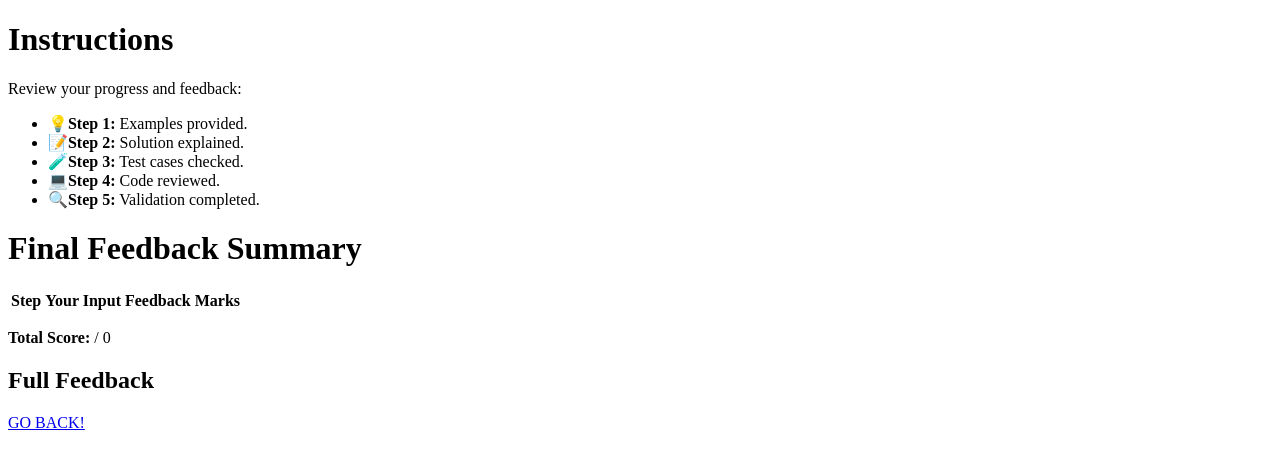
Repository: raushan22882917/Interview_platform
Page: templates/Ai/feedback.html
The author's editor kept a copy of each file at every save. The page is drawn from the files as they stood at one save, then again after a run of saves.
The browser window is 1280 px wide. The pictures show the whole page.
The page is served by the project's application, run on Flask 3 (temp_code.py). The template is opened directly, without the code that normally fills it, so the values that code supplies are empty.

Above is the page before, as saved 2024-12-03 01:44:51.

### Tech_Round/templates/Ai/feedback.html
<!DOCTYPE html>
<html lang="en">
<head>
    <meta charset="UTF-8">
    <meta name="viewport" content="width=device-width, initial-scale=1.0">
    <title>Final Feedback</title>

</head>
<body>

    <div class="container">
        <!-- Sidebar with Instructions -->
        <div class="sidebar">
            <h1>Instructions</h1>
            <p>Review your progress and feedback:</p>
            <ul>
                <li><span class="icon">💡</span><strong>Step 1:</strong> Examples provided.</li>
                <li><span class="icon">📝</span><strong>Step 2:</strong> Solution explained.</li>
                <li><span class="icon">🧪</span><strong>Step 3:</strong> Test cases checked.</li>
                <li><span class="icon">💻</span><strong>Step 4:</strong> Code reviewed.</li>
                <li><span class="icon">🔍</span><strong>Step 5:</strong> Validation completed.</li>
            </ul>
        </div>

        <!-- Main Content Section -->
        <div class="content">
            <h1>Final Feedback Summary</h1>

            <!-- Feedback Table -->
            <table class="feedback-table">
                <thead>
                    <tr>
                        <th>Step</th>
                        <th>Your Input</th>
                        <th>Feedback</th>
                        <th>Marks</th>
                    </tr>
                </thead>
                <tbody>
                    {% for step, data in responses.items() %}
                    <tr>
                        <td>{{ step }}</td>
                        <td>{{ data['input'] }}</td>
                        <td>{% if data['feedback'] | safe %}{{ data['feedback'] | safe }}{% else %}No issues{% endif %}</td>
                        <td>{{ data['score'] }} / 5</td>
                    </tr>
                    {% endfor %}
                </tbody>
            </table>

            <!-- Total Score -->
            <p><strong>Total Score:</strong> {{ total_score }} / {{ 5 * responses|length }}</p>

            <!-- Full Feedback Section -->
            <h2>Full Feedback</h2>
            <ul class="feedback-summary">
                {% for step, data in responses.items() %}
                <li>
                    <h3>{{ step }}</h3>
                    <p class="feedback-text">{{ data['feedback'] if data['feedback'] else "No issues with your input." }}</p>
                </li>
                {% endfor %}
            </ul>

            <!-- Back Button -->
            <a href="{{ url_for('estcv') }}" class="back-btn">GO BACK!</a>
        </div>
    </div>

    <script>
        // Function to convert **word** to bold and add line breaks
        document.addEventListener("DOMContentLoaded", function() {
            const feedbackTextElements = document.querySelectorAll('.feedback-text');

            feedbackTextElements.forEach(element => {
                // Replace **word** with <strong>word</strong> and add line breaks
                let text = element.innerHTML;
                text = text.replace(/\*\*(.*?)\*\*/g, '<strong>$1</strong>');
                text = text.replace(/\n/g, '<br>');
                element.innerHTML = text;
            });
        });
    </script>
</body>
</html>

### Tech_Round/temp_code.py
from flask import Flask, render_template, request, session, redirect
import os
from groq import Groq

app = Flask(__name__)
app.secret_key = os.environ.get("FLASK_SECRET_KEY", "sdfghjuklkjhugfdsfghjk")  # For security, consider using an environment variable

# Initialize the Groq API client
client = Groq(api_key=os.environ.get("GROQ_API_KEY", "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"))  # Get the Groq API key from environment variables

# Define the steps in the E.S.T.C.V process
STEPS = ["Example", "Solution", "Test Cases", "Code", "Validation"]

@app.route('/estcv')
def estcv():
    return render_template('Ai/index.html')

@app.route('/start', methods=['POST'])
def start():
    session.clear()
    session['question'] = request.form['question']
    session['current_step'] = STEPS[0]
    session['responses'] = {}
    session['marks'] = {}  # Store marks for each step
    return redirect(f'/step')

@app.route('/step', methods=['GET', 'POST'])
def step():
    current_step = session.get('current_step', STEPS[0])
    responses = session.get('responses', {})

    if request.method == 'POST':
        user_input = request.form['user_input']
        feedback, score = process_step(current_step, user_input)
        responses[current_step] = {'input': user_input, 'feedback': feedback, 'score': score}

        session['responses'] = responses
        session['marks'][current_step] = score  # Store score for the current step

        # Move to next step
        current_index = STEPS.index(current_step)
        if current_index < len(STEPS) - 1:
            session['current_step'] = STEPS[current_index + 1]
            return redirect(f'/step')
        else:
            total_score = sum(session['marks'].values())  # Calculate total score
            return render_template('Ai/feedback.html', responses=responses, total_score=total_score)

    return render_template('Ai/steps.html', step=current_step, question=session['question'], responses=responses)

def process_step(step, user_input):
    """Process the user input for a specific step and return feedback and score."""
    question = session['question']
    feedback = ""
    score = 0  # Default score

    if step == "Example":
        inputs_outputs = user_input.split("\n")
        if len(inputs_outputs) < 3:
            feedback = "You need to provide at least 3 examples of input-output pairs."
            score = 2  # Lower score for insufficient examples
        else:
            feedback = "Good job providing examples. Ensure they cover diverse scenarios."
            score = 5  # Full score for good examples

    elif step == "Solution":
        prompt = f"Question: {question}\nUser's solution approach: {user_input}\nEvaluate the approach."
        feedback = call_groq_api(prompt)
        score = 4  # Placeholder, adjust based on feedback evaluation

    elif step == "Test Cases":
        test_cases = user_input.split("\n")
        if not test_cases:
            feedback = "Please provide at least one test case."
            score = 1  # Low score for no test cases
        elif "edge" not in user_input.lower():
            feedback = "You missed edge test cases. Consider edge conditions like minimum, maximum, or empty inputs."
            score = 3  # Medium score for missing edge cases
        else:
            feedback = "Test cases are well thought out."
            score = 5  # Full score for good test cases

    elif step == "Code":
        prompt = f"Question: {question}\nCode: {user_input}\nEvaluate the correctness, time complexity, and space complexity."
        feedback = call_groq_api(prompt)
        score = 4  # Placeholder for code quality evaluation

    elif step == "Validation":
        prompt = f"Question: {question}\nValidation of code: {user_input}\nCheck all test cases and analyze time and space complexity."
        feedback = call_groq_api(prompt)
        score = 5  # High score for complete validation

    return feedback, score

def call_groq_api(prompt):
    """Call the Groq API with a given prompt."""
    try:
        response = client.chat.completions.create(
            messages=[
                {"role": "system", "content": "You are a helpful assistant."},
                {"role": "user", "content": prompt}
            ],
            model="llama3-8b-8192",  # You can modify the model if necessary
        )
        return response.choices[0].message.content
    except Exception as e:
        return f"Error while calling Groq API: {e}"

if __name__ == '__main__':
    app.run(debug=True)

After the next 3 saves:
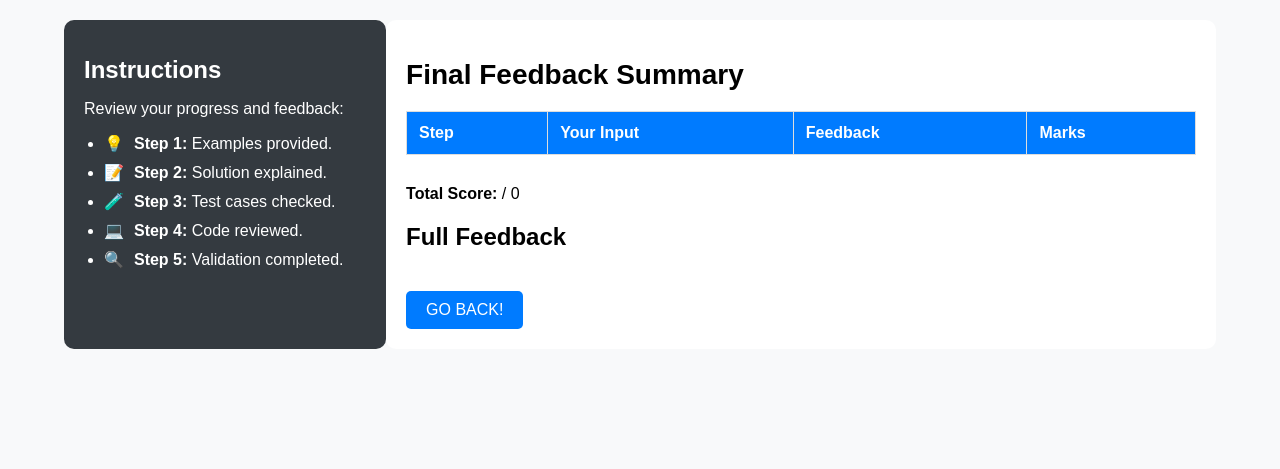
The 3 saves are shown as one change because they came seconds apart.
The last was saved 13 s later.
--- a/Tech_Round/templates/Ai/feedback.html
+++ b/Tech_Round/templates/Ai/feedback.html
@@ -4,7 +4,125 @@
     <meta charset="UTF-8">
     <meta name="viewport" content="width=device-width, initial-scale=1.0">
     <title>Final Feedback</title>
-
+    <style>
+        body {
+            font-family: Arial, sans-serif;
+            margin: 0;
+            padding: 0;
+            display: flex;
+            justify-content: center;
+            background-color: #f8f9fa;
+        }
+
+        .container {
+            display: flex;
+            flex-direction: row;
+            justify-content: space-between;
+            width: 90%;
+            max-width: 1200px;
+            margin-top: 20px;
+        }
+
+        .sidebar {
+            width: 25%;
+            background-color: #343a40;
+            color: #fff;
+            padding: 20px;
+            border-radius: 10px;
+        }
+
+        .sidebar h1 {
+            font-size: 24px;
+            margin-bottom: 15px;
+        }
+
+        .sidebar p {
+            font-size: 16px;
+            margin-bottom: 10px;
+        }
+
+        .sidebar ul {
+            list-style-type: disc;
+            padding-left: 20px;
+        }
+
+        .sidebar ul li {
+            margin-bottom: 10px;
+        }
+
+        .icon {
+            margin-right: 10px;
+        }
+
+        .content {
+            width: 70%;
+            padding: 20px;
+            background-color: #fff;
+            border-radius: 10px;
+        }
+
+        .content h1 {
+            font-size: 28px;
+            margin-bottom: 20px;
+        }
+
+        .feedback-table {
+            width: 100%;
+            border-collapse: collapse;
+            margin-bottom: 30px;
+        }
+
+        .feedback-table th, .feedback-table td {
+            border: 1px solid #ddd;
+            padding: 12px;
+            text-align: left;
+        }
+
+        .feedback-table th {
+            background-color: #007bff;
+            color: white;
+        }
+
+        .feedback-table td {
+            background-color: #f9f9f9;
+        }
+
+        .feedback-table tr:nth-child(even) {
+            background-color: #f2f2f2;
+        }
+
+        .feedback-table tr:hover {
+            background-color: #ddd;
+        }
+
+        .feedback-summary {
+            list-style-type: none;
+            padding-left: 0;
+        }
+
+        .feedback-summary li {
+            margin-bottom: 15px;
+        }
+
+        .feedback-summary h3 {
+            margin: 10px 0;
+            font-size: 20px;
+        }
+
+        .back-btn {
+            display: inline-block;
+            margin-top: 20px;
+            padding: 10px 20px;
+            background-color: #007bff;
+            color: white;
+            text-decoration: none;
+            border-radius: 5px;
+        }
+
+        .back-btn:hover {
+            background-color: #0056b3;
+        }
+    </style>
 </head>
 <body>
 
